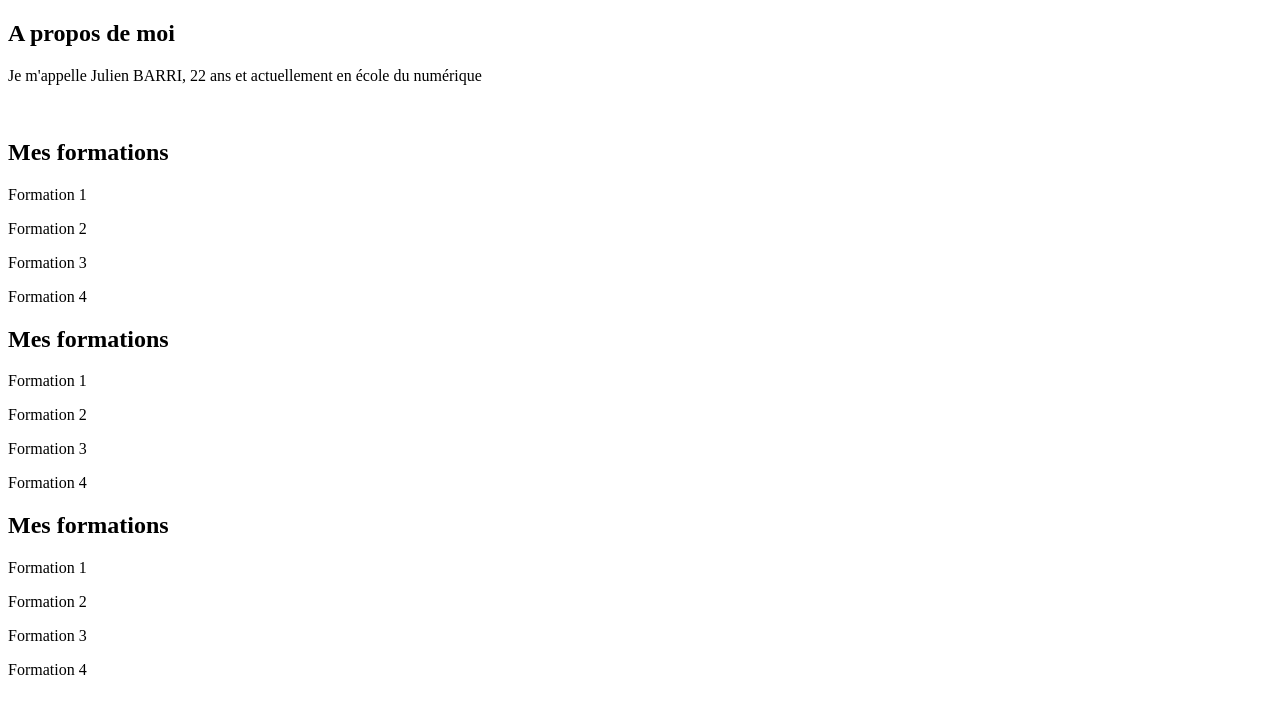
Repository: barridev/cours_devops.github.io
Page: index.html
The author's editor kept a copy of each file at every save. The page is drawn from the files as they stood at one save, then again after the next save.
The browser window is 1280 px wide. The pictures show the whole page.

Above is the page before, as saved 2022-06-13 14:56:47.

After the next save:
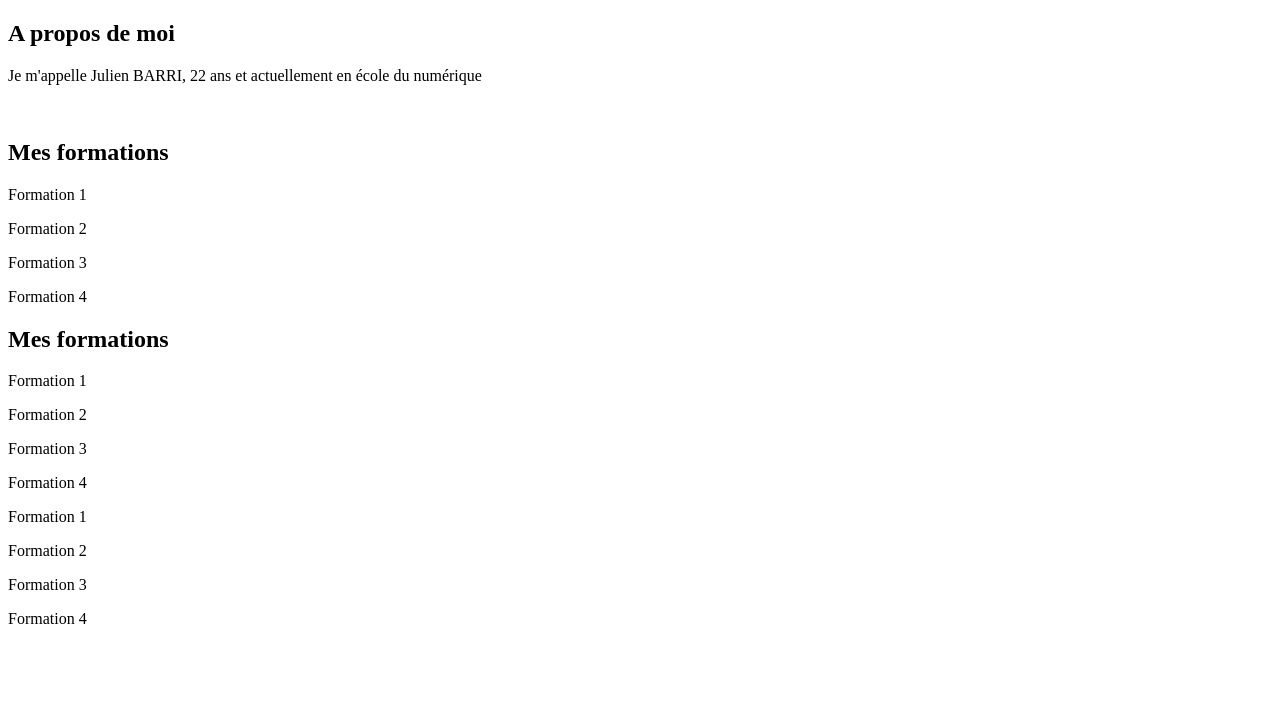
Saved 16 s later.
--- a/index.html
+++ b/index.html
@@ -32,7 +32,6 @@
     </section>
 
      <section>
-        <h2> Mes formations </h2>
         <p>Formation 1</p>
         <p>Formation 2</p>
         <p>Formation 3</p>
